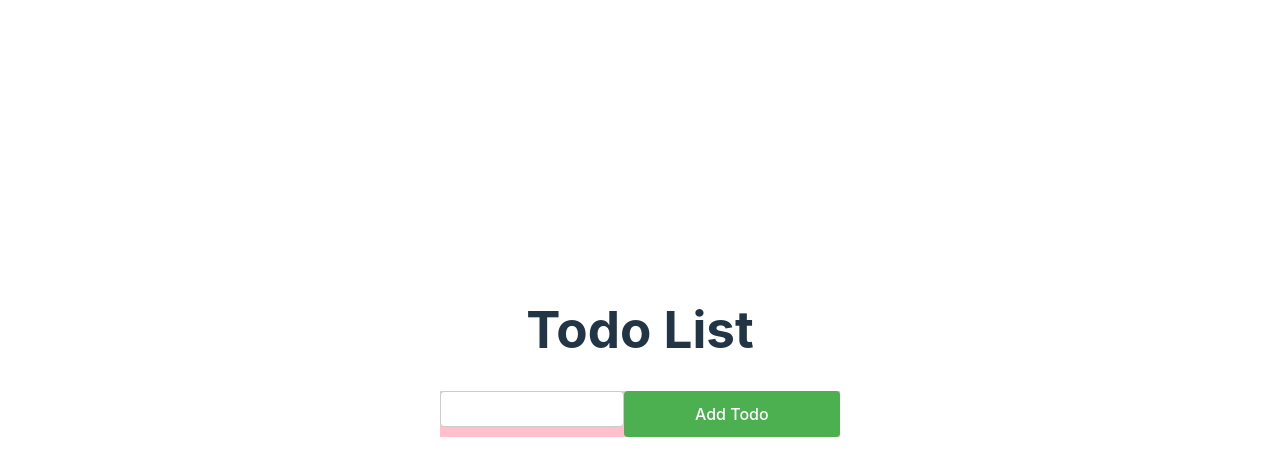
Repository: sinchana-p-iVoyant/mobx-todo
Page: /
These files come from the project's save history. The page is drawn as it stood at one moment and after the next save; the edit follows.
The browser window is 1280 px wide. The pictures show the whole page.
The project was rebuilt for these pictures with package versions that can differ from the ones it lists, and the page was loaded fresh each time. Also part of the build but not shown: vite.config.js.

Above is the page before, as saved 2024-03-07 02:22:20.

### src/App.jsx
// App.js
import './App.css';
import TodoList from './TodoList';

function App() {
  return (
    <div>
      <h1>Todo List</h1>
      <TodoList />
    </div>
  );
}

export default App;

### src/TodoList.jsx
import { useState } from 'react';
import { observer } from 'mobx-react-lite';
import todoStore from './TodoStore';
import './TodoList.css';

const TodoList = () => {
  const [newTodoText, setNewTodoText] = useState('');
  const [editingTodoId, setEditingTodoId] = useState(null);
  const [editedTodoText, setEditedTodoText] = useState('');

  const handleAddTodo = () => {
    if (newTodoText.trim() !== '') {
      todoStore.addTodo({
        id: Math.random(),
        text: newTodoText,
      });
      setNewTodoText('');
    }
  };

  const handleStartEditTodo = (id, text) => {
    setEditingTodoId(id);
    setEditedTodoText(text);
  };

  const handleCancelEditTodo = () => {
    setEditingTodoId(null);
    setEditedTodoText('');
  };

  const handleSaveEditedTodo = (id) => {
    todoStore.editTodo(id, editedTodoText);
    setEditingTodoId(null);
    setEditedTodoText('');
  };

  const handleDeleteTodo = (id) => {
    todoStore.deleteTodo(id);
  };

  return (
    <div className="todo-list-container">
      <div className='input-container'>
        <input
            className="todo-input"
            type="text"
            value={newTodoText}
            onChange={(e) => setNewTodoText(e.target.value)}
        />
        <button className="todo-button" onClick={handleAddTodo}>Add Todo</button>
      </div>
      <ul className="todo-list">
        {todoStore.todos.map((todo) => (
          <li key={todo.id} className="todo-item">
            {editingTodoId === todo.id ? (
              <>
                <input
                  className="todo-input"
                  type="text"
                  value={editedTodoText}
                  onChange={(e) => setEditedTodoText(e.target.value)}
                />
                <button className="todo-button edit-button" onClick={() => handleSaveEditedTodo(todo.id)}>Save</button>
                <button className="todo-button cancel-button" onClick={handleCancelEditTodo}>Cancel</button>
              </>
            ) : (
              <>
                <span>{todo.text}</span>
                <button className="todo-button edit-button" onClick={() => handleStartEditTodo(todo.id, todo.text)}>Edit</button>
              </>
            )}
            <button className="todo-button delete-button" onClick={() => handleDeleteTodo(todo.id)}>Delete</button>
          </li>
        ))}
      </ul>
    </div>
  );
};

export default observer(TodoList);

### src/TodoStore.js
// TodoStore.js
import { makeObservable, observable, action } from 'mobx';

class TodoStore {
  todos = [];

  constructor() {
    makeObservable(this, {
      todos: observable,
      addTodo: action,
      editTodo: action,
      deleteTodo: action,
    });
  }

  addTodo = (todo) => {
    this.todos.push(todo);
  };

  editTodo = (id, newText) => {
    const todoToEdit = this.todos.find(todo => todo.id === id);
    if (todoToEdit) {
      todoToEdit.text = newText;
    }
  };

  deleteTodo = (id) => {
    this.todos = this.todos.filter(todo => todo.id !== id);
  };
}

const todoStore = new TodoStore();
export default todoStore;

### src/TodoList.css
/* TodoList.css */

.todo-list-container {
    width: 400px;
    margin: 0 auto;
    background-color: pink;
  }

  .input-container {
    display: flex;
    flex-direction: row;
  }

  .todo-input {
    width: 100%;
    margin-bottom: 10px;
    padding: 8px;
    font-size: 16px;
    border: 1px solid #ccc;
    border-radius: 4px;
  }

  .todo-button {
    width: 30rem;
    padding: 8px 15px;
    font-size: 16px;
    border: none;
    border-radius: 4px;
    background-color: #4caf50;
    color: white;
    cursor: pointer;
  }

  .todo-list {
    list-style-type: none;
    padding: 0;
  }

  .todo-item {
    margin-bottom: 10px;
  }

  .todo-item input[type="text"] {
    width: 80%;
    padding: 8px;
    font-size: 16px;
    border: 1px solid #ccc;
    border-radius: 4px;
  }

  .todo-item button {
    margin-left: 5px;
    padding: 8px 15px;
    font-size: 16px;
    border: none;
    border-radius: 4px;
    cursor: pointer;
  }

  .edit-button {
    background-color: #2196F3;
  }

  .edit-button:hover {
    background-color: #0b7dda;
  }

  .delete-button {
    background-color: #f44336;
  }

  .delete-button:hover {
    background-color: #da190b;
  }

Loaded but not shown: index.html (common file); src/main.jsx (common file); src/index.css (common file); src/App.css (common file)

After the next save:
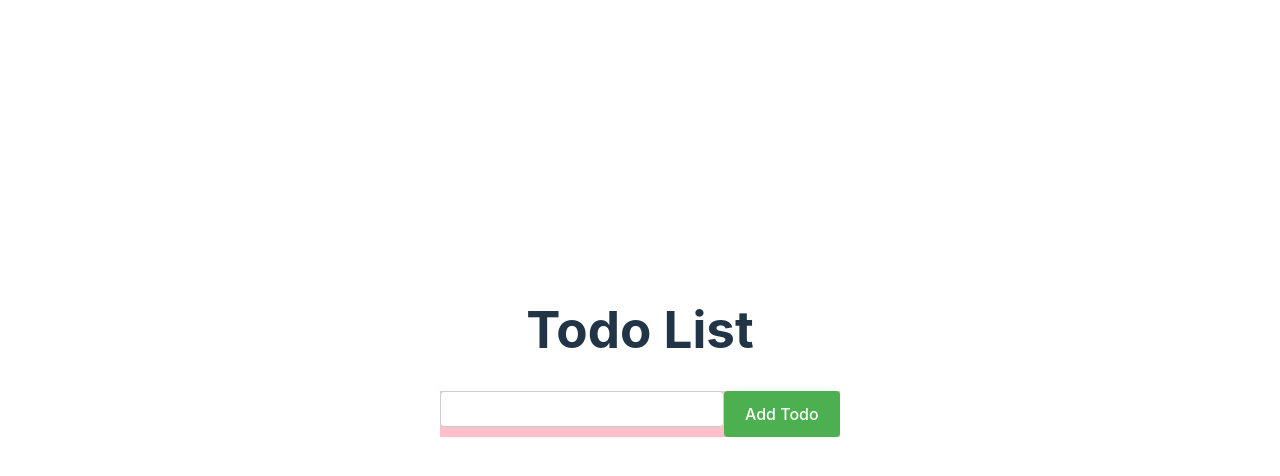
Saved 5 s later.
--- a/src/TodoList.css
+++ b/src/TodoList.css
@@ -21,7 +21,7 @@
   }
 
   .todo-button {
-    width: 30rem;
+    width: 10rem;
     padding: 8px 15px;
     font-size: 16px;
     border: none;
